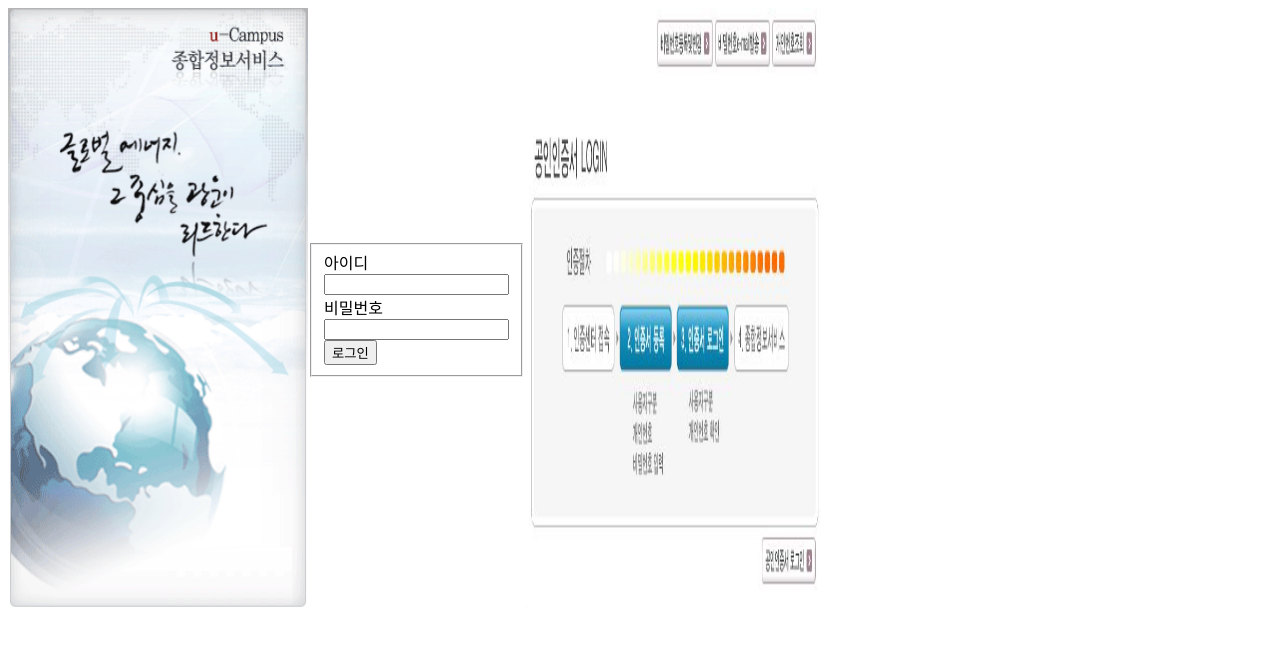
Repository: jungmintaeng/mini-ucampus
Page: ucam/WebContent/Login.html
An editor plug-in stored every save of this project. The page is shown before and after the next save, followed by the edit.
The browser window is 1280 px wide. The pictures show the whole page.

Above is the page before, as saved 2016-06-11 00:50:44.

After the next save:
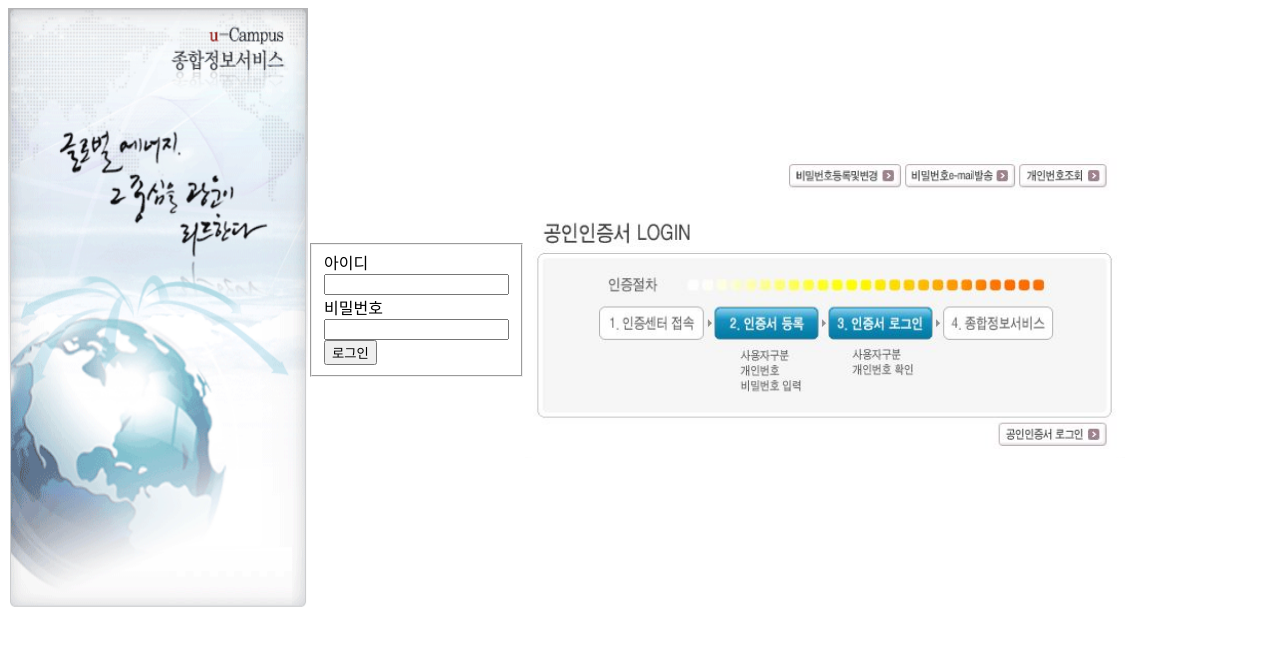
Saved 9 s later.
--- a/ucam/WebContent/Login.html
+++ b/ucam/WebContent/Login.html
@@ -24,7 +24,7 @@
  </fieldset>
    </form></td>
    <td align="right"><font size="2"><img
-src="images\loginfake.jpg" width ="300" height="600" border ="0">
+src="images\loginfake.jpg" width ="600" height="300" border ="0">
 </font>
 </td>
 </tr>
